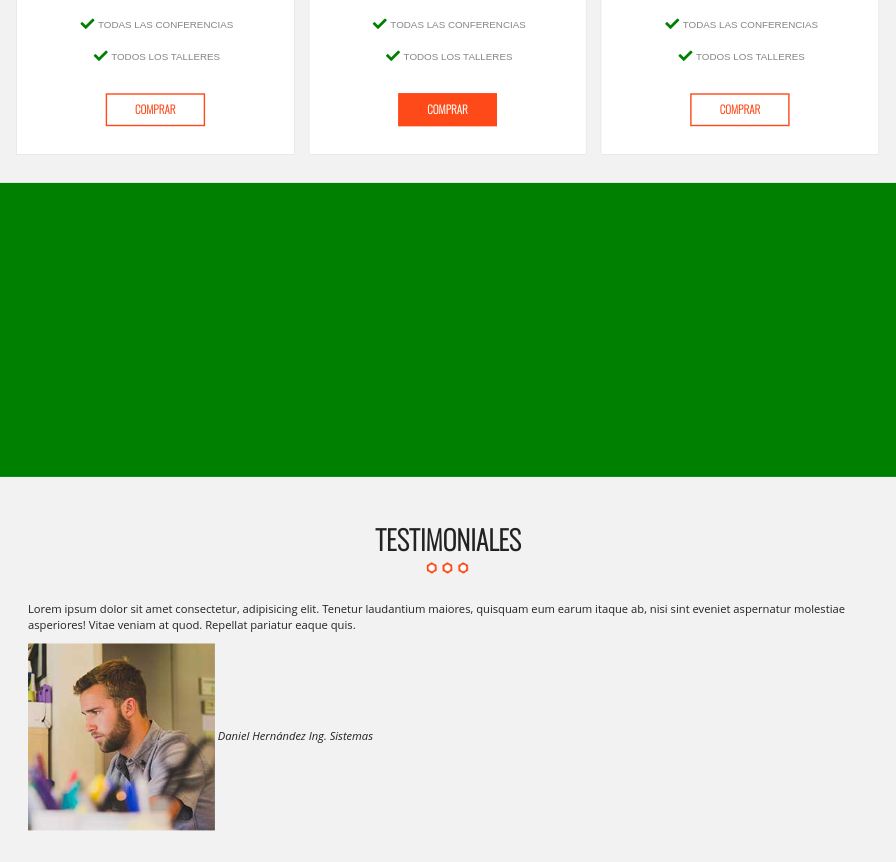
Repository: edgarhdzp/pagina-conferencias-reservaciones
Page: index.html
An editor plug-in stored every save of this project. The page is shown before and after the next save, followed by the edit.
The browser window is 1280 px wide. The pictures show the part of the page from y = 3776 to 5696 px (the page is 5008 px tall before and 5696 px after), at 70% of full size.

Above is the page before, as saved 2020-07-01 17:36:14.

### index.html
<!doctype html>
<html class="no-js" lang="">

<head>
    <meta charset="utf-8">
    <title>CONFERENCIAS</title>
    <meta name="description" content="">
    <meta name="viewport" content="width=device-width, initial-scale=1">

    <meta property="og:title" content="">
    <meta property="og:type" content="">
    <meta property="og:url" content="">
    <meta property="og:image" content="">

    <link rel="manifest" href="site.webmanifest">
    <link rel="apple-touch-icon" href="icon.png">
    <!-- Place favicon.ico in the root directory -->

    <link rel="stylesheet" href="css/normalize.css">
    <link rel="stylesheet" href="css/fontawesome.min.css">
    <link rel="stylesheet" href="css/all.min.css">
    <link rel="stylesheet" href="css/main.css">
    <link href="https://fonts.googleapis.com/css2?family=Oswald:wght@200&display=swap" rel="stylesheet">

    <meta name="theme-color" content="#fafafa">
</head>

<body>


    <header class="site-header">
        <div class="hero">
            <div class="contenido-header">
                <nav class="redes-sociales">
                    <a href="·"><i class="fab fa-facebook-f"></i></a>
                    <a href="·"><i class="fab fa-twitter"></i></a>
                    <a href="·"><i class="fab fa-youtube"></i></a>
                    <a href="·"><i class="fab fa-instagram"></i></a>
                </nav>
                <div class="informacion-evento">
                    <div class="clearfix">
                        <p class="fecha"><i class="far fa-calendar-minus"></i>10-12-Dic</p>
                        <p class="ciudad"><i class="fas fa-map-marker-alt"></i>San Miguel de Allende</p>
                    </div>
                    <h1 class="nombre-sitio">Congreso Dragón</h1>
                    <p class="slogan">La mejor conferencia de <span>Tecnologia e Innovacion</span></p>
                </div>
            </div>
        </div>
    </header>

    <div class="barra">
        <div class="contenedor clearfix">
            <div class="logo">
                <img src="img/itses.png" alt="logo gdlwebcamp">
            </div>

            <div class="menu-movil">
                <span></span>
                <span></span>
                <span></span>
                <span></span>
            </div>

            <nav class="menu-principal clearfix">
                <a href="#">Conferencia</a>
                <a href="#">Calendario</a>
                <a href="#">Invitados</a>
                <a href="#">Reservaciones</a>
            </nav>
        </div>
    </div>
    <section class="seccion contenedor">
        <h2>La mejor conferencia web en español</h2>
        <p>Lorem ipsum, dolor sit amet consectetur adipisicing elit. Incidunt eius aut accusantium veritatis, ut mollitia culpa? Impedit necessitatibus et magnam voluptatem, voluptate similique iste, numquam placeat, corporis expedita repudiandae officiis.</p>
    </section>

    <section class="programa">
        <div class="contenedor-video">
            <video autoplay loop poster="bg-talleres.jpg">
              <source src="video/video.mp4" type="video/mp4">
                <source src="video/video.webm" type="video/webm">
                  <source src="video/video.ogv" type="video/ogv">
            </video>
        </div>
        <div class="contenido-programa">
            <div class="contenedor">
                <div class="programa-evento">
                    <h2>programa del evento</h2>
                    <nav class="menu-programa">
                        <a href=""><i class="fas fa-code"></i> Talleres</a>
                        <a href=""><i class="fas fa-comments"></i> Conferencias</a>
                        <a href=""><i class="fas fa-university"></i> Seminarios</a>
                    </nav>

                    <div id="talleres" class="info-curso ocultar clearfix">
                        <div class="detalle-evento">
                            <h3>HTML CSS JS</h3>
                            <p><i class="fas fa-clock"></i>20:00 HRS</p>
                            <p><i class="fas fa-calendar-times"></i> 5 DE MAYO</p>
                            <p><i class="fas fa-user"></i>JUAN LUIS</p>
                        </div>
                        <div class="detalle-evento">
                            <h3>diseño reponsibo</h3>
                            <p><i class="fas fa-clock"></i>18:00 HRS</p>
                            <p><i class="fas fa-calendar-times"></i> 5 DE MAYO</p>
                            <p><i class="fas fa-user"></i>JUAN LUIS</p>
                        </div>
                        <a href="" class="button float-right">Ver todosfta</a>
                    </div>
                </div>
            </div>
        </div>
    </section>
    <section class="invitados contenedor seccion ">
        <h2>nuestros invitados</h2>
        <ul class="lista-invitados clearfix">
            <li>
                <div class="invitado">
                    <img src="img/invitado1.jpg" alt="imagen invitado">
                    <p>cuau blanco</p>
                </div>
            </li>
            <li>
                <div class="invitado">
                    <img src="img/invitado2.jpg" alt="imagen invitado">
                    <p>laura</p>
                </div>
            </li>
            <li>
                <div class="invitado">
                    <img src="img/invitado3.jpg" alt="imagen invitado">
                    <p>memin</p>
                </div>
            </li>
            <li>
                <div class="invitado">
                    <img src="img/invitado4.jpg" alt="imagen invitado">
                    <p>soindero</p>
                </div>
            </li>
            <li>
                <div class="invitado">
                    <img src="img/invitado5.jpg" alt="imagen invitado">
                    <p>pinocho</p>
                </div>
            </li>
            <li>
                <div class="invitado">
                    <img src="img/invitado6.jpg" alt="imagen invitado">
                    <p>cepillin</p>
                </div>
            </li>
        </ul>
    </section>

    <div class="contador parralax">
        <div class="contenedor">
            <ul class="resumen-evento clearfix">
                <li>
                    <p class="numero">6</p>Invitados
                </li>
                <li>
                    <p class="numero">9</p>Talleres
                </li>
                <li>
                    <p class="numero">21</p>Dias
                    <p></p>
                </li>
                <li>
                    <p class="numero">15</p>Conferencias
                </li>
            </ul>
        </div>
    </div>


    <section class="precios seccion">
        <h2>Precios</h2>
        <div class="contenedor">
            <ul class="lista-precios clearfix">
                <li>
                    <div class="tabla-precio">
                        <h3>Pase por dia</h3>
                        <p class="numero">$30</p>
                        <ul>
                            <li>bocados gratis</li>
                            <li>todas las conferencias</li>
                            <li>todos los talleres</li>
                        </ul>
                        <a href="#" class="button hollow">comprar</a>
                    </div>
                </li>
                <li>
                    <div class="tabla-precio">
                        <h3>TODOS LOS DIAS</h3>
                        <p class="numero">$50</p>
                        <ul>
                            <li>bocados gratis</li>
                            <li>todas las conferencias</li>
                            <li>todos los talleres</li>
                        </ul>
                        <a href="#" class="button">comprar</a>
                    </div>
                </li>
                <li>
                    <div class="tabla-precio">
                        <h3>Pase por dos dias</h3>
                        <p class="numero">$45</p>
                        <ul>
                            <li>bocados gratis</li>
                            <li>todas las conferencias</li>
                            <li>todos los talleres</li>
                        </ul>
                        <a href="#" class="button hollow">comprar</a>
                    </div>
                </li>
            </ul>
        </div>
    </section>

    <div class="mapa" id="mapa"></div>

    <section class="seccion">
        <h2>testimoniales</h2>
        <div class="testimonial">
            <blockquote>
                <p>Lorem ipsum dolor sit amet consectetur, adipisicing elit. Tenetur laudantium maiores, quisquam eum earum itaque ab, nisi sint eveniet aspernatur molestiae asperiores! Vitae veniam at quod. Repellat pariatur eaque quis.</p>
                <footer>
                    <img src="img/testimonial.jpg" alt="imagen testimonial">
                    <cite>Daniel Hernández <span>Ing. Sistemas</span></cite>
                </footer>
            </blockquote>
        </div>
    </section>

    <script src="js/vendor/modernizr-3.11.2.min.js">
    </script>
    <script src="js/plugins.js"></script>
    <script src="js/main.js"></script>

    <!-- Google Analytics: change UA-XXXXX-Y to be your site's ID. -->
    <script>
        window.ga = function() {
            ga.q.push(arguments)
        };
        ga.q = [];
        ga.l = +new Date;
        ga('create', 'UA-XXXXX-Y', 'auto');
        ga('set', 'anonymizeIp', true);
        ga('set', 'transport', 'beacon');
        ga('send', 'pageview')
    </script>
    <script src="https://www.google-analytics.com/analytics.js" async></script>
</body>


</html>

Loaded but not shown: css/normalize.css (library); css/fontawesome.min.css (library); css/all.min.css (library); js/vendor/modernizr-3.11.2.min.js (library); js/plugins.js (24 lines, source omitted); css/main.css (816 lines, source omitted); js/main.js (no stored copy; drawn as an empty file)

After the next save:
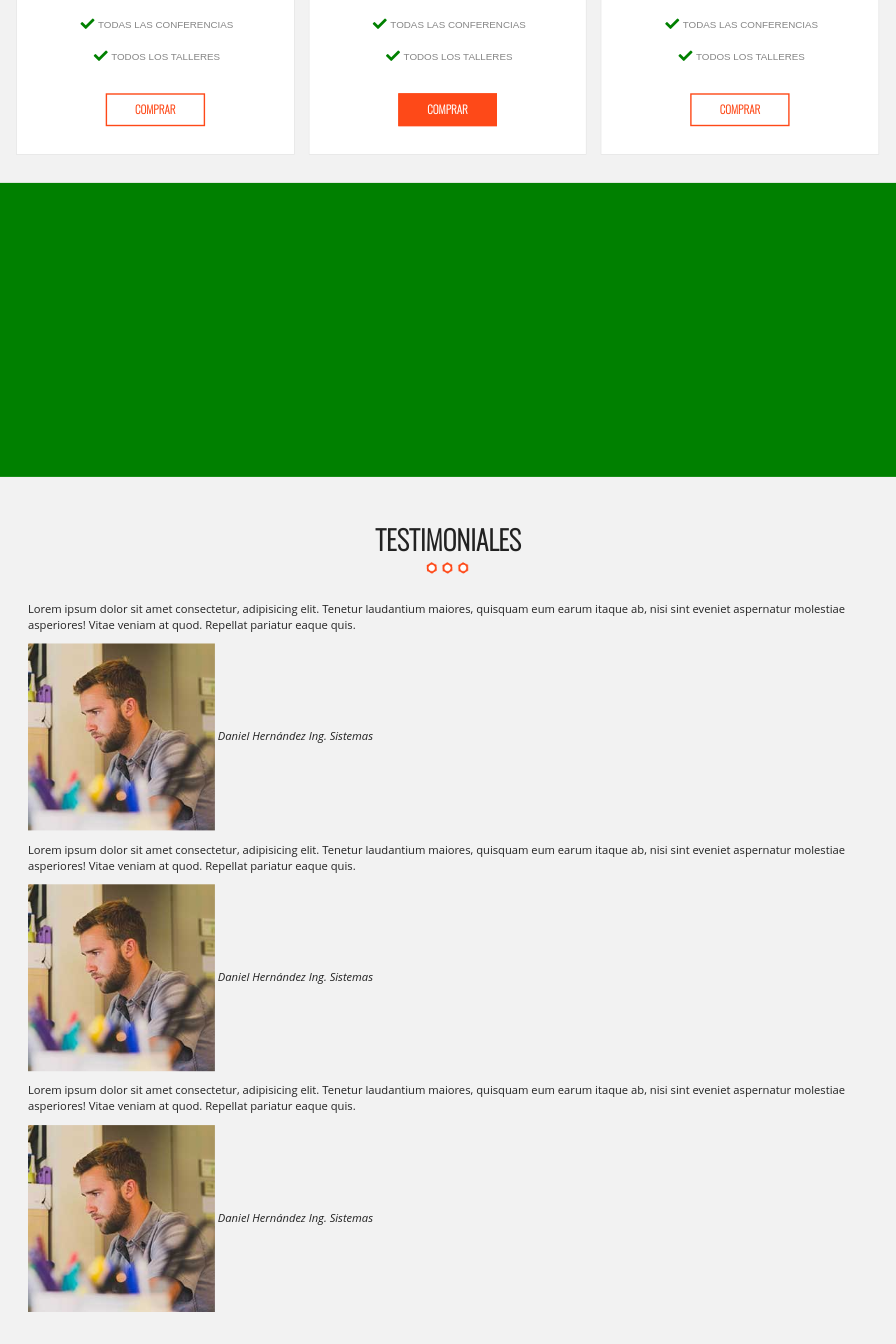
Saved 20 s later.
--- a/index.html
+++ b/index.html
@@ -232,6 +232,24 @@
                 </footer>
             </blockquote>
         </div>
+        <div class="testimonial">
+            <blockquote>
+                <p>Lorem ipsum dolor sit amet consectetur, adipisicing elit. Tenetur laudantium maiores, quisquam eum earum itaque ab, nisi sint eveniet aspernatur molestiae asperiores! Vitae veniam at quod. Repellat pariatur eaque quis.</p>
+                <footer>
+                    <img src="img/testimonial.jpg" alt="imagen testimonial">
+                    <cite>Daniel Hernández <span>Ing. Sistemas</span></cite>
+                </footer>
+            </blockquote>
+        </div>
+        <div class="testimonial">
+            <blockquote>
+                <p>Lorem ipsum dolor sit amet consectetur, adipisicing elit. Tenetur laudantium maiores, quisquam eum earum itaque ab, nisi sint eveniet aspernatur molestiae asperiores! Vitae veniam at quod. Repellat pariatur eaque quis.</p>
+                <footer>
+                    <img src="img/testimonial.jpg" alt="imagen testimonial">
+                    <cite>Daniel Hernández <span>Ing. Sistemas</span></cite>
+                </footer>
+            </blockquote>
+        </div>
     </section>
 
     <script src="js/vendor/modernizr-3.11.2.min.js">
